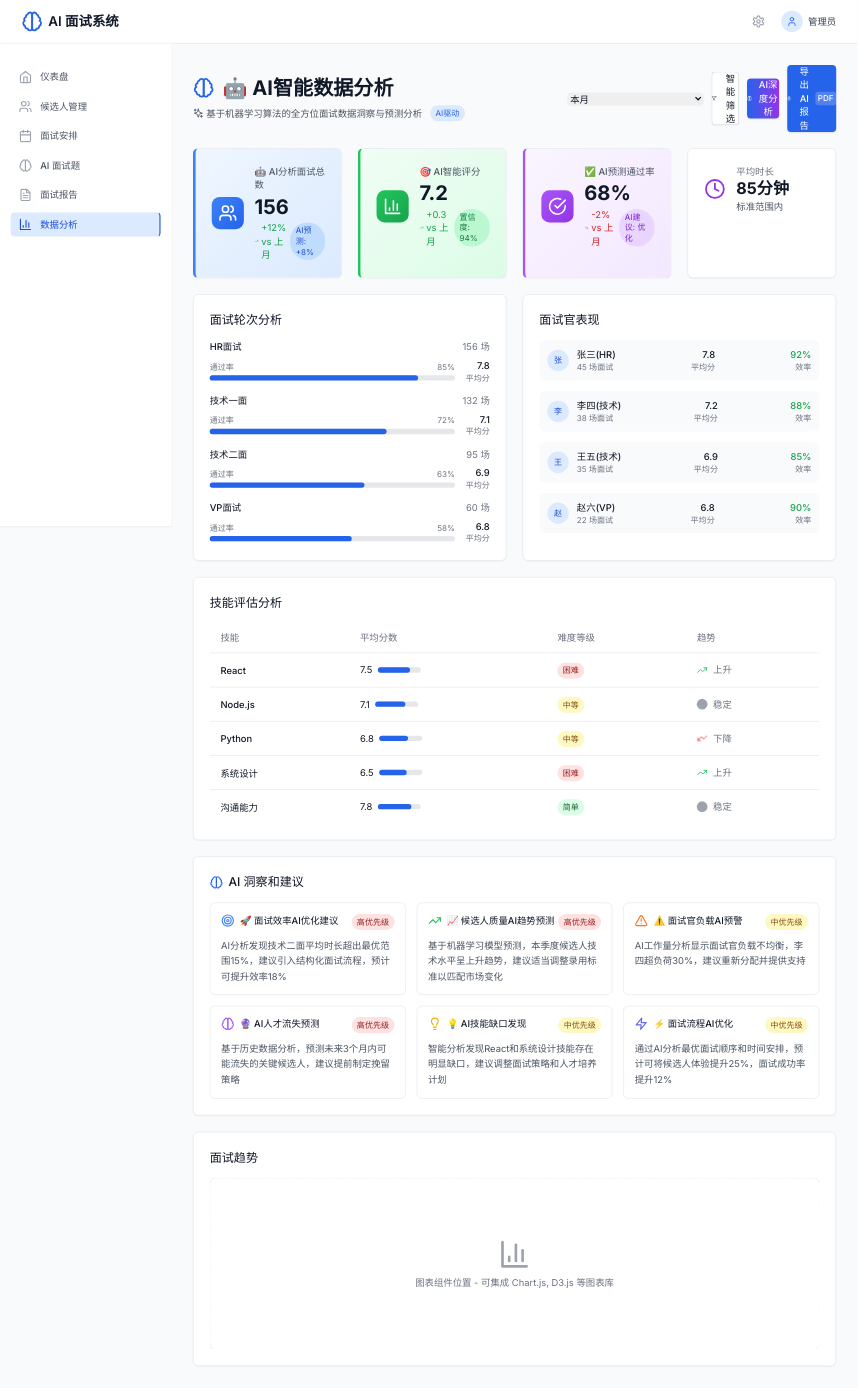
Repository: OisCircle/ai-day
Page: /analysis
These files come from the project's save history. The page is drawn as it stood at one moment and after the next save; the edit follows.
The browser window is 1280 px wide. The pictures show the whole page, at 67% of full size.
The project was rebuilt for these pictures with package versions that can differ from the ones it lists, and the page was loaded fresh each time. Also part of the build but not shown: vite.config.ts, src/pages/AIInterviewQuestions.tsx, src/pages/CandidateManagement.tsx, src/components/AIAssistant.tsx, src/components/DataVisualization.tsx, src/pages/Dashboard.tsx, src/pages/InterviewConducting.tsx, src/pages/InterviewReports.tsx and 1 more.

Above is the page before, as saved 2025-08-20 16:12:52.

After the next save:
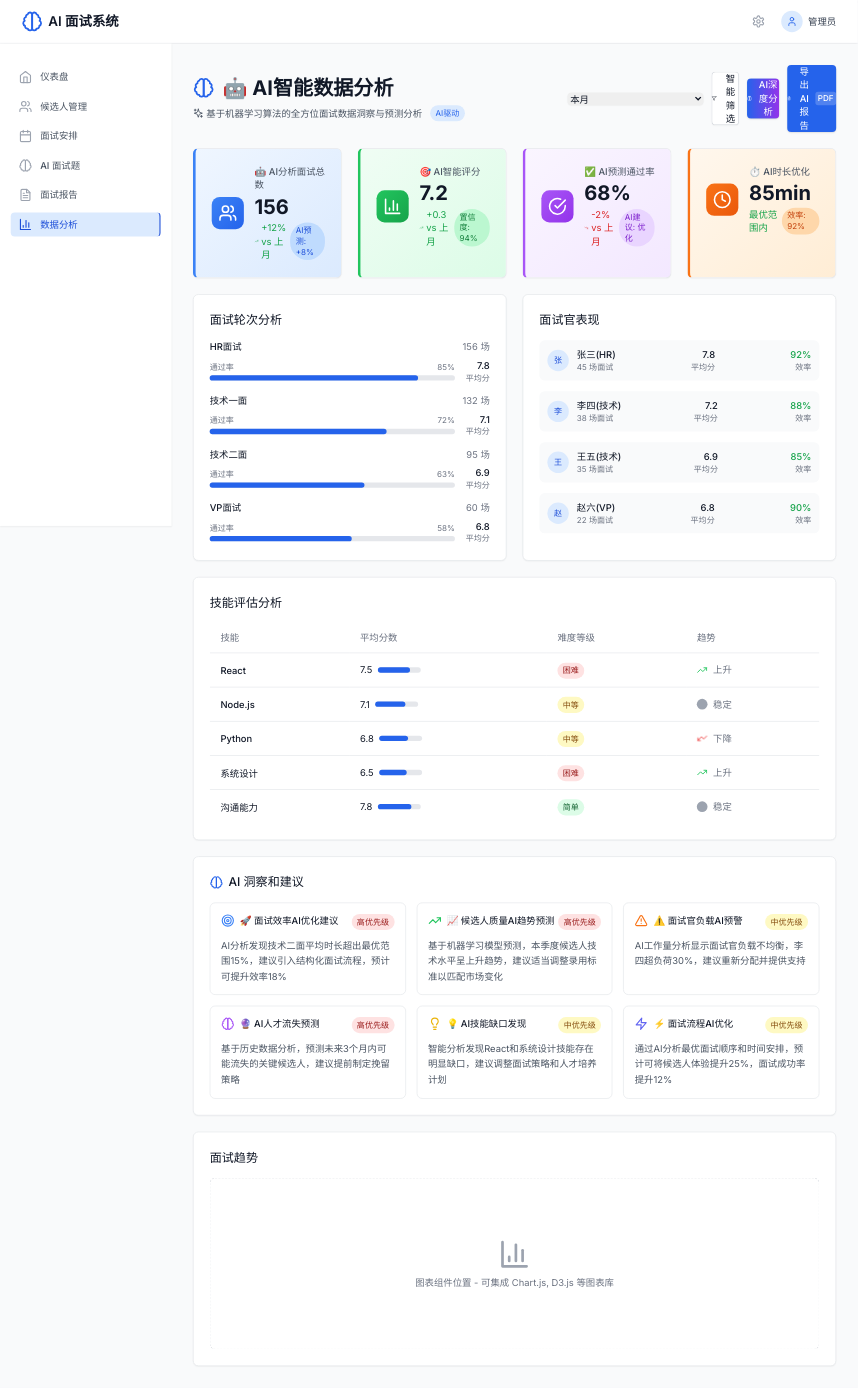
Saved 5 s later.
--- a/src/pages/InterviewAnalysis.tsx
+++ b/src/pages/InterviewAnalysis.tsx
@@ -394,17 +394,24 @@ const InterviewAnalysis: React.FC = () => {
           </div>
         </div>
 
-        <div className="card p-6">
+        <div className="card p-6 bg-gradient-to-br from-orange-50 to-orange-100 border-l-4 border-l-orange-500">
           <div className="flex items-center">
             <div className="flex-shrink-0">
-              <Clock className="h-8 w-8 text-purple-600" />
+              <div className="w-12 h-12 bg-gradient-to-br from-orange-500 to-orange-600 rounded-xl flex items-center justify-center">
+                <Clock className="h-7 w-7 text-white" />
+              </div>
             </div>
             <div className="ml-4">
-              <p className="text-sm font-medium text-gray-500">平均时长</p>
-              <p className="text-2xl font-bold text-gray-900">
-                {analysisData.summary.averageDuration}分钟
+              <p className="text-sm font-medium text-gray-600 mb-1">⏱️ AI时长优化</p>
+              <p className="text-3xl font-bold text-gray-900 mb-1">
+                {analysisData.summary.averageDuration}min
               </p>
-              <p className="text-sm text-gray-600">标准范围内</p>
+              <div className="flex items-center justify-between">
+                <p className="text-sm text-green-600">最优范围内</p>
+                <div className="text-xs bg-orange-200 text-orange-700 px-2 py-1 rounded-full">
+                  效率: 92%
+                </div>
+              </div>
             </div>
           </div>
         </div>
